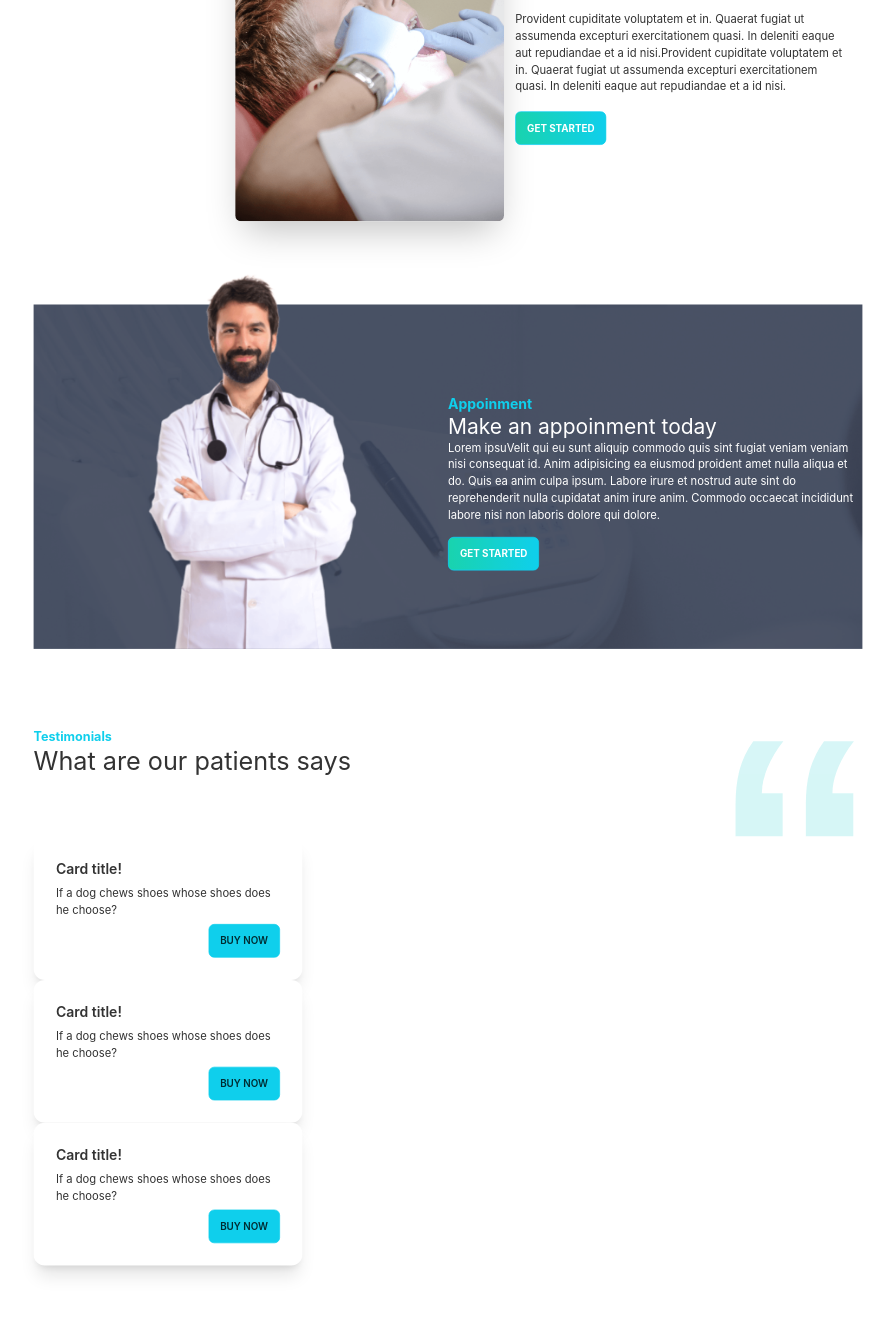
Repository: devsajid/doctors-portal-client
Page: /
An editor plug-in stored every save of this project. The page is shown before and after the next save, followed by the edit.
The browser window is 1280 px wide. The pictures show the part of the page from y = 1800 to 3720 px (the page is 3720 px tall before and 3552 px after), at 70% of full size.
Backgrounds fixed to the window are drawn as part of the page. The project was rebuilt for these pictures with package versions that can differ from the ones it lists, and the page was loaded fresh each time. Also part of the build but not shown: src/App.css, src/Pages/About/About.js, src/Pages/Appoinment/Appoinment.js, src/Pages/Contact/Contact.js, src/Pages/Login/Login.js, src/Pages/Review/Review.js.

Above is the page before, as saved 2022-08-14 12:29:07.

### src/index.js
import React from "react";
import ReactDOM from "react-dom/client";
import "./index.css";
import App from "./App";
import reportWebVitals from "./reportWebVitals";
import { BrowserRouter } from "react-router-dom";
const root = ReactDOM.createRoot(document.getElementById("root"));
root.render(
  <React.StrictMode>
    <BrowserRouter>
      <App />
    </BrowserRouter>
  </React.StrictMode>
);

reportWebVitals();

### src/App.js
import "./App.css";
import Navbar from "./Pages/Home/Share/Navbar/Navbar";
import { Routes, Route } from "react-router-dom";
import Home from "./Pages/Home/Home";
import About from "./Pages/About/About";
import Appoinement from "./Pages/Appoinment/Appoinment";
import Contact from "./Pages/Contact/Contact";
import Login from "./Pages/Login/Login";
import Review from "./Pages/Review/Review";
function App() {
  return (
    <div>
      <Navbar></Navbar>
      <Routes>
        <Route path="/" element={<Home />} />
        <Route path="about" element={<About />} />
        <Route path="appoinement" element={<Appoinement />} />
        <Route path="contact" element={<Contact />} />
        <Route path="login" element={<Login />} />
        <Route path="review" element={<Review />} />
      </Routes>
    </div>
  );
}

export default App;

### src/Pages/Home/Share/Navbar/Navbar.js
import React from "react";
import { Link } from "react-router-dom";

const Navbar = () => {
  const menuItem = (
    <>
      {" "}
      <li>
        <Link to="/">Home</Link>
      </li>
      <li>
        <Link to="about">About</Link>
      </li>
      <li>
        <Link to="appoinement">Appoinement</Link>
      </li>
      <li>
        <Link to="review">Review</Link>
      </li>
      <li>
        <Link to="contact">Contact us</Link>
      </li>
      <li>
        <Link to="login">Login</Link>
      </li>
    </>
  );
  return (
    <div>
      <div class="navbar   bg-base-100">
        <div class="navbar-start">
          <div class="dropdown">
            <label tabindex="0" class="btn btn-ghost lg:hidden">
              <svg
                xmlns="http://www.w3.org/2000/svg"
                class="h-5 w-5"
                fill="none"
                viewBox="0 0 24 24"
                stroke="currentColor"
              >
                <path
                  stroke-linecap="round"
                  stroke-linejoin="round"
                  stroke-width="2"
                  d="M4 6h16M4 12h8m-8 6h16"
                />
              </svg>
            </label>
            <ul
              tabindex="0"
              class="menu menu-compact dropdown-content mt-3 p-2 shadow bg-base-100 rounded-box w-52"
            >
              {menuItem}
            </ul>
          </div>
          <a class="btn btn-ghost normal-case text-xl">Doctor Portals</a>
        </div>
        <div class="navbar-center hidden lg:flex">
          <ul class="menu menu-horizontal p-0">{menuItem}</ul>
        </div>
      </div>
    </div>
  );
};

export default Navbar;

### src/Pages/Home/Home.js
import React from "react";
import Services from "../Services/Services";
import Terms from "../Terms/Terms";
import Appoinments from "./Appoinments/Appoinments";
import Banner from "./Banner/Banner";
import Info from "./Info/Info";
import Testimonials from "./Testimonials/Testimonials";

const Home = () => {
  return (
    <div className="lg:px-12 sm:px-0">
      <Banner></Banner>
      <Info></Info>
      <Services></Services>
      <Terms></Terms>
      <Appoinments></Appoinments><Testimonials></Testimonials>
    </div>
  );
};

export default Home;

### src/Pages/Services/Services.js
import React from "react";
import fluoride from "../../assets/images/fluoride.png";
import cavity from "../../assets/images/cavity.png";
import whitening from "../../assets/images/whitening.png";
import Service from "./Service";
const Services = () => {
  const services = [
    {
      _id: 1,
      name: "Flouride Treatment",
      description: "fdgghgfh sadshdshfdsf dshfasdgsad",
      img: fluoride,
    },
    {
      _id: 2,
      name: "Flouride Treatment",
      description: "fdgghgfh sadshdshfdsf dshfasdgsad",
      img: cavity,
    },
    {
      _id: 3,
      name: "Flouride Treatment",
      description: "fdgghgfh sadshdshfdsf dshfasdgsad",
      img: whitening,
    },
  ];
  return (
    <div className="my-28">
      <div className="text-center">
        <h3 className="text-primary text-xl font-bold upparecase">
          Our Services
        </h3>
        <h1 className="text-4xl">Services we provide</h1>
      </div>
      <div className="grid sm:grid-cols-1 md:grid-cols-2 lg:grid-cols-3 gap-10">
        {" "}
        {services.map((service) => (
          <Service key={service._id} service={service}></Service>
        ))}
      </div>
    </div>
  );
};

export default Services;

### src/Pages/Terms/Terms.js
import React from "react";
import treatment from "../../assets/images/treatment.png";
import PrimaryButton from "../Home/Share/Navbar/PrimaryButton/PrimaryButton";
const Terms = () => {
  return (
    <div class="hero  min-h-screen ">
      <div class="hero-content pl-30 flex-col lg:flex-row lg:pl-72 sm:pl-0">
        <img
          src={treatment}
          class="max-w-sm rounded-lg shadow-2xl"
          alt="treatmaent"
        />
        <div>
          <h1 class="text-5xl font-bold">Box Office News!</h1>
          <p class="py-6">
            Provident cupiditate voluptatem et in. Quaerat fugiat ut assumenda
            excepturi exercitationem quasi. In deleniti eaque aut repudiandae et
            a id nisi.Provident cupiditate voluptatem et in. Quaerat fugiat ut
            assumenda excepturi exercitationem quasi. In deleniti eaque aut
            repudiandae et a id nisi.
          </p>
          <PrimaryButton></PrimaryButton>
        </div>
      </div>
    </div>
  );
};

export default Terms;

### src/Pages/Home/Appoinments/Appoinments.js
import React from "react";
import doctor from "../../../assets/images/doctor.png";
import appoinment from "../../../assets/images/appointment.png";
import PrimaryButton from "../Share/Navbar/PrimaryButton/PrimaryButton";

const Appoinments = () => {
  return (
    <section
      className="flex justify-center items-center sm:flex-none"
      style={{ background: `url(${appoinment})` }}
    >
      <div className="flex-1 hidden lg:block">
        <img className="mt-[-100px]" src={doctor} alt="Appoinment doctor"></img>
      </div>
      <div className="flex-1  ">
        <h2 className="text-xl text-primary font-bold mt-4">Appoinment</h2>
        <h4 className="text-3xl text-white">Make an appoinment today</h4>
        <p className="text-white mb-5">
          Lorem ipsuVelit qui eu sunt aliquip commodo quis sint fugiat veniam
          veniam nisi consequat id. Anim adipisicing ea eiusmod proident amet
          nulla aliqua et do. Quis ea anim culpa ipsum. Labore irure et nostrud
          aute sint do reprehenderit nulla cupidatat anim irure anim. Commodo
          occaecat incididunt labore nisi non laboris dolore qui dolore.
        </p>
        <PrimaryButton></PrimaryButton>
      </div>
    </section>
  );
};

export default Appoinments;

### src/Pages/Home/Banner/Banner.js
import React from "react";
import chair from "../../../assets/images/chair.png";
import bg from "../../../assets/images/bg.png";
import PrimaryButton from "../Share/Navbar/PrimaryButton/PrimaryButton";
const Banner = () => {
  return (
    <div>
      <div class="hero min-h-screen ">
        <div
          class="hero-content bg-fixed flex-col lg:flex-row-reverse"
          style={{ backgroundImage: `url(${bg})` }}
        >
          <img src={chair} class="max-w-sm rounded-lg shadow-2xl" />
          <div>
            <h1 class="text-5xl font-bold">Your New Smile Starts Here</h1>
            <p class="py-6">
              Provident cupiditate voluptatem et in. Quaerat fugiat ut assumenda
              excepturi exercitationem quasi. In deleniti eaque aut repudiandae
              et a id nisi.
            </p>
            <PrimaryButton></PrimaryButton>
          </div>
        </div>
      </div>
    </div>
  );
};

export default Banner;

### src/Pages/Home/Info/Info.js
import React from "react";
import InfoCard from "../Info/InfoCard";
import clock from "../../../assets/icons/clock.svg";
import marker from "../../../assets/icons/marker.svg";
import phone from "../../../assets/icons/phone.svg";
const Info = () => {
  return (
    <div className="grid grid-cols-1 lg:grid-cols-3 gap-5 ">
      <InfoCard
        cardTitle="Openning Hours"
        bgClass="bg-gradient-to-r from-secondary to-primary"
        img={marker}
      ></InfoCard>
      <InfoCard
        cardTitle="Our Locatons"
        bgClass="bg-accent"
        img={clock}
      ></InfoCard>
      <InfoCard
        cardTitle="Contact us"
        bgClass="bg-gradient-to-r from-secondary to-primary"
        img={phone}
      ></InfoCard>
    </div>
  );
};

export default Info;

### src/Pages/Home/Testimonials/Testimonials.js
import React from "react";
import quote from "../../../assets/icons/quote.svg";
import people1 from "../../../assets/images/people1.png";
import people2 from "../../../assets/images/people2.png";
import people3 from "../../../assets/images/people3.png";
import Review from "./Review";
const Testimonials = () => {
  const reviews = [
    {
      _id: 1,
      name: "Winson Harry",
      review:
        "It is a long established fact that by the readable content of a lot layout. The point of using Lorem a more-or-less normal distribu to using Content here, content",
      img: people1,
    },
    {
      _id: 3,
      name: "Winson Harry",
      review:
        "It is a long established fact that by the readable content of a lot layout. The point of using Lorem a more-or-less normal distribu to using Content here, content",
      img: people2,
    },
    {
      _id: 2,
      name: "Winson Harry",
      review:
        "It is a long established fact that by the readable content of a lot layout. The point of using Lorem a more-or-less normal distribu to using Content here, content",
      img: people2,
    },
  ];
  return (
    <section className="my-28">
      <div
        className=" flex  "
        style={{ justifyContent: "space-between" }}
        // style={{
        //   backgroundImage: `url(${quote})`,
        //   backgroundRepeat: "no-repeat",
        //   backgroundSize: 100,
        //   backgroundAttachment: "fixed",
        //   backgroundPosition: "right",
        // }}
      >
        <div>
          <h5 className="text-primary text-lg font-bold">Testimonials</h5>
          <h2 className="text-capitalize text-4xl">
            What are our patients says
          </h2>
        </div>
        <div>
          <img src={quote} className="w-24 lg:w-48" alt="quote" />
        </div>
      </div>

      <div>
        {reviews.map((review) => (
          <Review key={review._id} review={review}></Review>
        ))}
      </div>
    </section>
  );
};

export default Testimonials;

### src/Pages/Services/Service.js
import React from "react";

const Service = ({ service }) => {
  return (
    <div class="card lg:max-w-lg w-96 bg-base-100 shadow-xl">
      <figure class="px-10 pt-10">
        <img src={service.img} alt="Shoes" class="rounded-xl" />
      </figure>
      <div class="card-body items-center text-center">
        <h2 class="card-title">{service.name}</h2>
        <p>{service.description}</p>
      </div>
    </div>
  );
};

export default Service;

### src/Pages/Home/Share/Navbar/PrimaryButton/PrimaryButton.js
import React from "react";

const PrimaryButton = () => {
  return (
    <div>
      <button class="btn btn-primary uppercase text-white font-bold bg-gradient-to-r from-secondary to-primary">
        Get Started
      </button>{" "}
    </div>
  );
};

export default PrimaryButton;

### src/Pages/Home/Info/InfoCard.js
import React from "react";

const InfoCard = ({ img, cardTitle, bgClass }) => {
  return (
    <div class={`card lg:card-side shadow-xl ${bgClass}`}>
      <figure className="pl-5">
        <img src={img} alt="Album" />
      </figure>
      <div class="card-body text-white">
        <h2 class="card-title">{cardTitle}</h2>
        <p>Click the button to listen on Spotiwhy app.</p>
        <div class="card-actions justify-end"></div>
      </div>
    </div>
  );
};

export default InfoCard;

### src/Pages/Home/Testimonials/Review.js
import React from 'react';

const Review = () => {
    return (
        <div>
            <div class="card w-96 bg-base-100 shadow-xl">
  <div class="card-body">
    <h2 class="card-title">Card title!</h2>
    <p>If a dog chews shoes whose shoes does he choose?</p>
    <div class="card-actions justify-end">
      <button class="btn btn-primary">Buy Now</button>
    </div>
  </div>
</div>
        </div>
    );
};

export default Review;;

### tailwind.config.js
/** @type {import('tailwindcss').Config} */
module.exports = {
  content: ["./src/**/*.{html,js}"],
  theme: {
    extend: {},
  },
  daisyui: {
    themes: [
      {
        doctortheme: {
          primary: "#0fcfec",
          secondary: "#19D3AE",
          accent: "#3A4256",
          neutral: "#3d4451",
          "base-100": "#ffffff",
        },
      },
      "dark",
      "cupcake",
    ],
  },
  plugins: [require("daisyui")],
};

Loaded but not shown: public/index.html (common file); src/index.css (common file); src/reportWebVitals.js (common file)

After the next save:
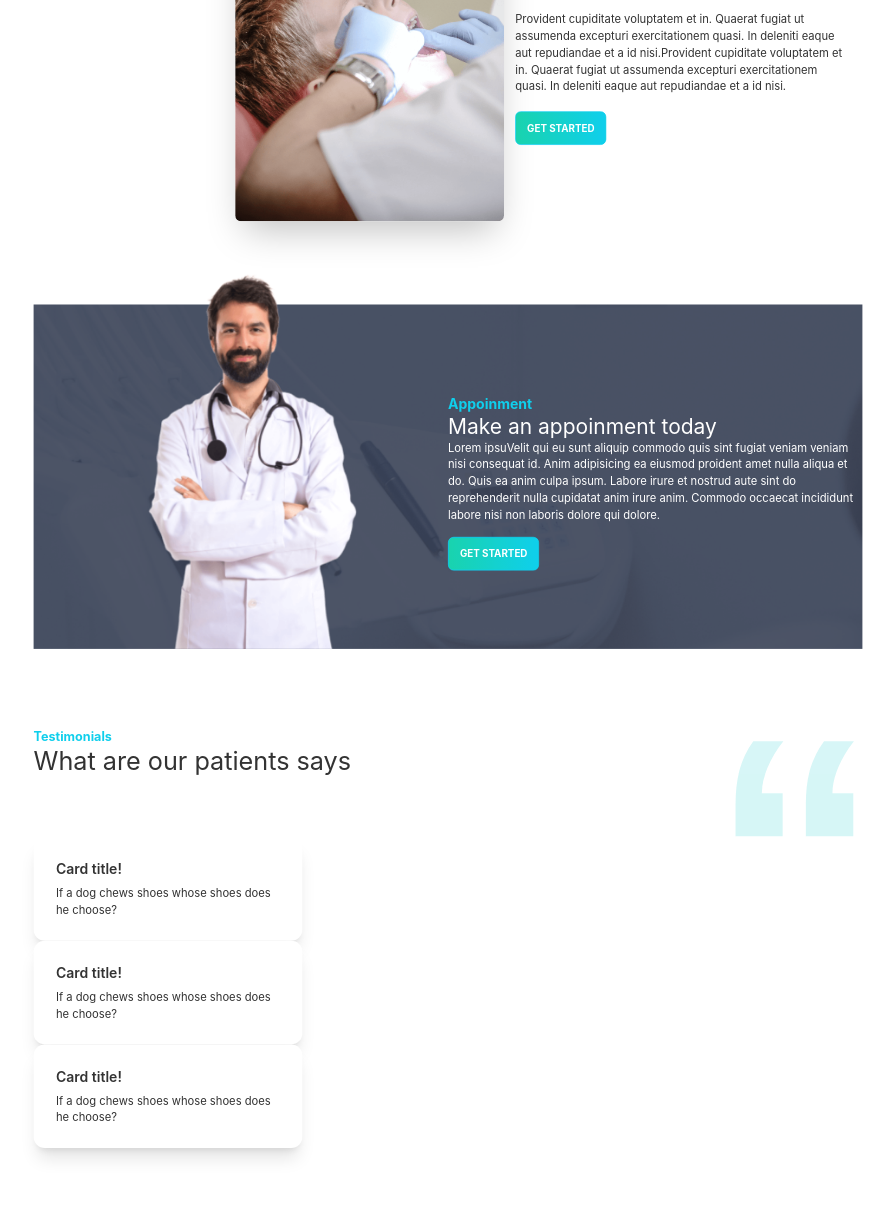
Saved 37 s later.
--- a/src/Pages/Home/Testimonials/Review.js
+++ b/src/Pages/Home/Testimonials/Review.js
@@ -1,19 +1,16 @@
-import React from 'react';
+import React from "react";
 
-const Review = () => {
-    return (
-        <div>
-            <div class="card w-96 bg-base-100 shadow-xl">
-  <div class="card-body">
-    <h2 class="card-title">Card title!</h2>
-    <p>If a dog chews shoes whose shoes does he choose?</p>
-    <div class="card-actions justify-end">
-      <button class="btn btn-primary">Buy Now</button>
+const Review = (review) => {
+  return (
+    <div>
+      <div class="card w-96 bg-base-100 shadow-xl">
+        <div class="card-body">
+          <h2 class="card-title">Card title!</h2>
+          <p>If a dog chews shoes whose shoes does he choose?</p>
+        </div>
+      </div>
     </div>
-  </div>
-</div>
-        </div>
-    );
+  );
 };
 
-export default Review;;
+export default Review;
